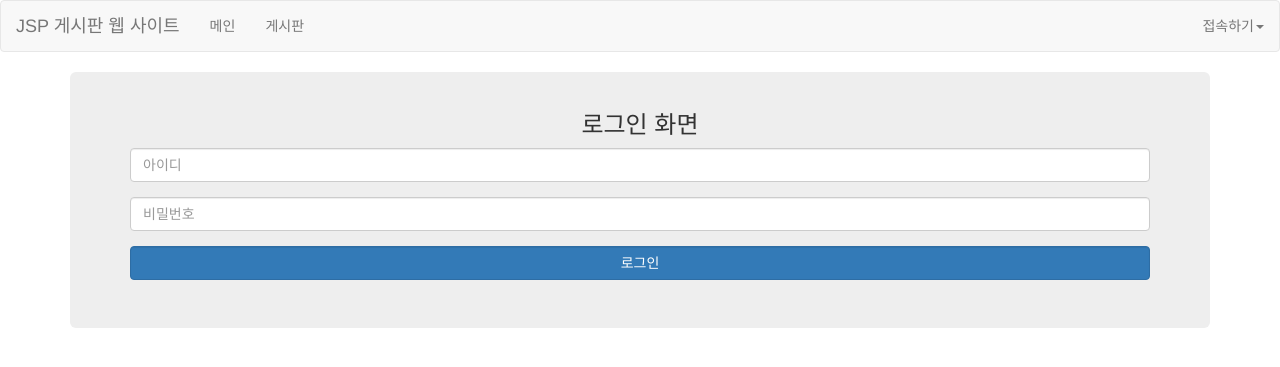
Repository: seung-kook/JSPBBS
Page: http://localhost/BBS/login.jsp
An editor plug-in stored every save of this project. The page is shown before and after the next save, followed by the edit.
The browser window is 1280 px wide. The pictures show the whole page.
Some web libraries are served in a nearby version. The page is served by Tomcat 9.

Above is the page before, as saved 2022-01-27 07:36:51.

After the next save:
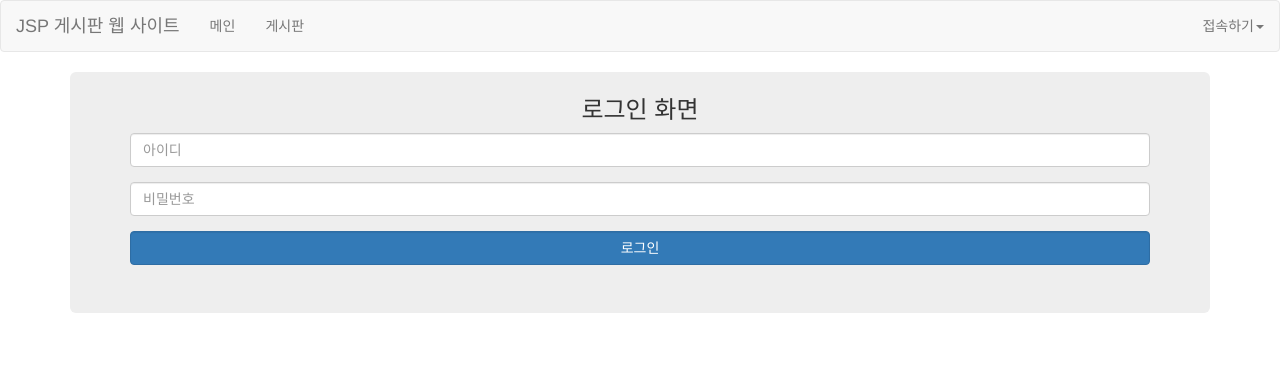
Saved 23 s later.
--- a/BBS/src/main/webapp/login.jsp
+++ b/BBS/src/main/webapp/login.jsp
@@ -41,7 +41,7 @@
 	<div class="container">
 		<div class="col-lg-4"></div>
 		<div class="col-lg-4"></div>
-			<div class="jumbotron" style="padding-top: 20px">
+			<div class="jumbotron" style="padding-top:5px">
 				<form method="post" action="loginAction.jsp">
 					<h3 style="text-align: center;">로그인 화면</h3>
 					<div class="form-group">

After the save that followed:
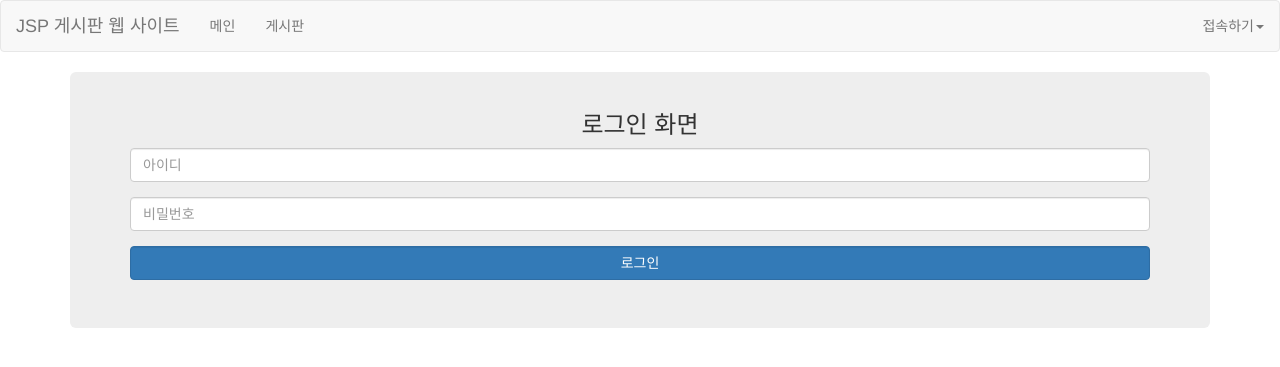
Saved 15 s later.
--- a/BBS/src/main/webapp/login.jsp
+++ b/BBS/src/main/webapp/login.jsp
@@ -41,7 +41,7 @@
 	<div class="container">
 		<div class="col-lg-4"></div>
 		<div class="col-lg-4"></div>
-			<div class="jumbotron" style="padding-top:5px">
+			<div class="jumbotron" style="padding-top: 20px">
 				<form method="post" action="loginAction.jsp">
 					<h3 style="text-align: center;">로그인 화면</h3>
 					<div class="form-group">
